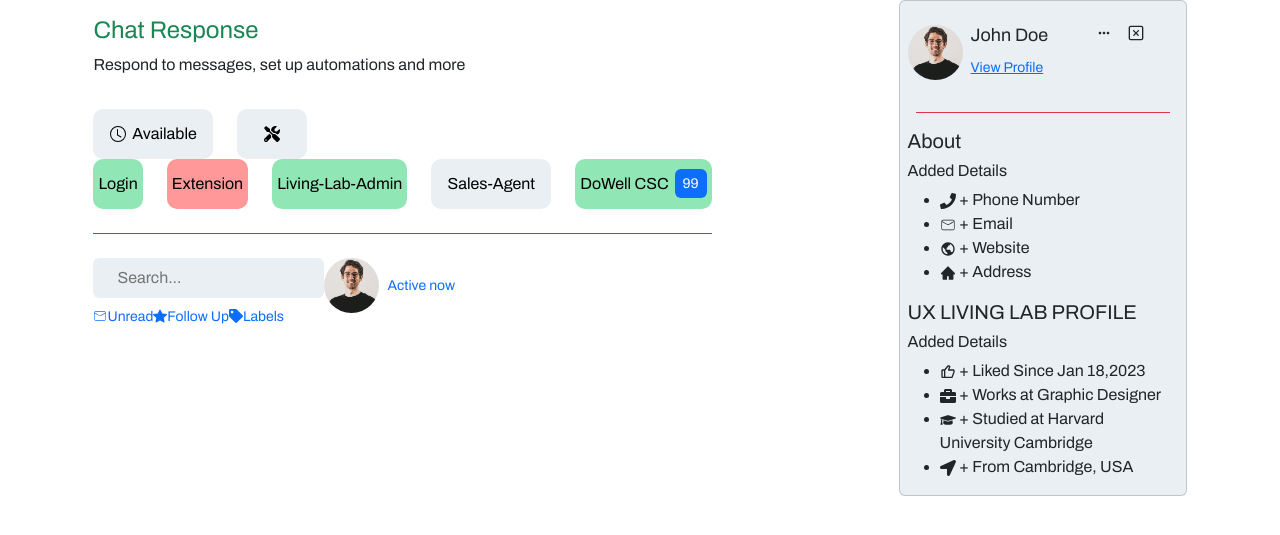
Repository: uh-sman/UX-Living-Lab-Chat
Page: /
An editor plug-in stored every save of this project. The page is shown before and after the next save, followed by the edit.
The browser window is 1280 px wide. The pictures show the whole page.
The project was rebuilt for these pictures with package versions that can differ from the ones it lists, and the page was loaded fresh each time.

Above is the page before, as saved 2023-05-10 16:52:21.

### public/index.html
<!DOCTYPE html>
<html lang="en">
  <head>
    <meta charset="utf-8" />
    <link rel="icon" href="%PUBLIC_URL%/favicon.ico" />
    <meta name="viewport" content="width=device-width, initial-scale=1" />
    <meta name="theme-color" content="#000000" />
    <meta
      name="description"
      content="Web site created using create-react-app"
    />
    <link rel="apple-touch-icon" href="%PUBLIC_URL%/logo192.png" />
    <!--
      manifest.json provides metadata used when your web app is installed on a
      user's mobile device or desktop. See https://developers.google.com/web/fundamentals/web-app-manifest/
    -->
    <link rel="manifest" href="%PUBLIC_URL%/manifest.json" />
    <!-- font awsome CDN -->

    <link
      rel="stylesheet"
      href="https://cdn.jsdelivr.net/npm/@fortawesome/fontawesome-free@6.2.1/css/fontawesome.min.css"
      integrity="sha384-QYIZto+st3yW+o8+5OHfT6S482Zsvz2WfOzpFSXMF9zqeLcFV0/wlZpMtyFcZALm"
      crossorigin="anonymous"
    />
    <!--
      Notice the use of %PUBLIC_URL% in the tags above.
      It will be replaced with the URL of the `public` folder during the build.
      Only files inside the `public` folder can be referenced from the HTML.

      Unlike "/favicon.ico" or "favicon.ico", "%PUBLIC_URL%/favicon.ico" will
      work correctly both with client-side routing and a non-root public URL.
      Learn how to configure a non-root public URL by running `npm run build`.
    -->
    <title>React App</title>
  </head>
  <body>
    <noscript>You need to enable JavaScript to run this app.</noscript>
    <div id="root"></div>
    <!--
      This HTML file is a template.
      If you open it directly in the browser, you will see an empty page.

      You can add webfonts, meta tags, or analytics to this file.
      The build step will place the bundled scripts into the <body> tag.

      To begin the development, run `npm start` or `yarn start`.
      To create a production bundle, use `npm run build` or `yarn build`.
    -->
  </body>
</html>

### src/index.css
* {
  text-decoration: none;
}

### src/App.js
import "./App.css";
import "bootstrap/dist/css/bootstrap.min.css";
import "bootstrap/dist/js/bootstrap.bundle.min";
import Container from "./container";
function App() {
  return (
    <div className="App">
      <Container />
    </div>
  );
}

export default App;

### src/App.css
@import url("https://fonts.googleapis.com/css2?family=Archivo&display=swap");
:root {
  --header-color: #0d7813;
  /* --button-color :#00000;
  --button-color :#90E7B5; */
  --bg-color: #e9eff3;
  /* #90E7B5 */

  --font: "Archivo", sans-serif;
}

* {
  text-decoration: none;
  /* list-style: none; */
  font-family: "Archivo", sans-serif;
}

.body {
  font-family: "Archivo", sans-serif;
}
.header {
  color: var(--header-color);
  font-family: "Archivo", sans-serif;
}
.button {
  display: flex;
  align-items: center;
  background: var(--bg-color);
  justify-content: center;
  height: 50px;
  width: 120px;
  gap: 6px;
  border: none;
  border-radius: 10px;
}
.button2 {
  display: flex;
  align-items: center;
  background: var(--bg-color);
  justify-content: center;
  height: 50px;
  width: 70px;
  gap: 6px;
  border: none;
  border-radius: 10px;
}
.button3 {
  display: flex;
  align-items: center;
  background: #90e7b5;
  justify-content: center;
  height: 50px;
  max-width: contain;
  padding: 0px 5px;
  gap: 6px;
  border: none;
  border-radius: 10px;
}
.button4 {
  display: flex;
  align-items: center;
  background: #ff9898;
  justify-content: center;
  height: 50px;
  max-width: contain;
  padding: 0px 5px;
  gap: 6px;
  border: none;
  border-radius: 10px;
}
.image-style {
  width: 55px;
  height: 55px;
  border-radius: 500px;
}
.cardBody {
  background-color: var(--bg-color);
}
.input {
  border: var(--bg-color);
  outline: none;
  background: var(--bg-color);
}

### src/container/index.js
import React from "react";
import ChatSection from "./ChatSection";
import DetailsSection from "./DetailsSection";
const Container = () => {
  return (
    <div className="">
      <div className="d-flex justify-content-around">
        <ChatSection />
        <DetailsSection />
      </div>
    </div>
  );
};

export default Container;

### src/container/ChatSection.js
import React from "react";
import ChatHeader from "./ChatItems/ChatHeader";
import ProfileHead from "./Chats/message/ProfileHead";
import SearchBar from "./Chats/SearchBar";

const ChatSection = () => {
  return (
    <div className="w-full">
      <ChatHeader />
      {/* chats come here */}
      <div className="d-flex my-2">
        <SearchBar />
        <ProfileHead />
      </div>
    </div>
  );
};

export default ChatSection;

### src/container/DetailsSection.jsx
import React from "react";
import user from "../assets/user.jpg";
import AboutDetails from "./Details/AboutDetails";
import DetailsSectionButton from "./DetailsSectionButton";
const DetailsSection = ({ title, about }) => {
  return (
    <div>
      <div
        className="card"
        style={{ width: "18rem", backgroundColor: "#e9eff3" }}
      >
        <div className="mx-2">
          <div className="d-flex gap-5 mt-4 ">
            <figure className="d-flex gap-2">
              <img src={user} className=" image-style" />
              <div className="">
                <h4 className="body fw-bold" style={{ fontSize: "18px" }}>
                  {title}
                </h4>
                <a href="" className="fw-bold" style={{ fontSize: "14px" }}>
                  View Profile
                </a>
              </div>
            </figure>
            <DetailsSectionButton />
          </div>
          <div className="border-bottom border-danger mx-2 my-3"></div>
          <div className=""></div>
          {/* DETAILS */}
          <AboutDetails />
        </div>
      </div>
    </div>
  );
};
DetailsSection.defaultProps = {
  title: "John Doe",
  about: "About",
};

export default DetailsSection;

### src/container/ChatItems/ChatHeader.jsx
import React from "react";
import Buttons from "./Buttons";
import HeaderButtons from "./HeaderButtons";

const ChatHeader = ({ title, caption }) => {
  return (
    <div>
      <div className=" d-flex justify-content-between my-3">
        <header>
          <h1 className="header fs-4 fw-bold text-success">{title}</h1>
          <p className="fw-medium  Header-font">{caption}</p>
        </header>
      </div>
      <HeaderButtons />
      <Buttons />
      <div className="border-bottom border-success my-4"></div>
    </div>
  );
};

export default ChatHeader;
ChatHeader.defaultProps = {
  title: "Chat Response",
  caption: "Respond to messages, set up automations and more",
};

### src/container/Chats/message/ProfileHead.jsx
import React from "react";
import { FaTrashAlt } from "react-icons/fa";
import user from "../../../assets/user.jpg";
const ProfileHead = () => {
  return (
    <div>
      <div className="d-flex">
        <figure className="d-flex gap-2 align-items-center">
          <img src={user} className=" image-style" />
          <div className="">
            {/* Status active now if true show active */}
            <small className="text-primary">Active now</small>
          </div>
        </figure>
      </div>
    </div>
  );
};

export default ProfileHead;

### src/container/Chats/SearchBar.jsx
import React from "react";
import { FaSearch } from "react-icons/fa";
import Icons from "./Icons";
// BsStarFill;
const SearchBar = () => {
  return (
    <div className="pr-4">
      <div className="overflow-y-scroll">
        <form>
          <input
            className="input rounded bi bi-search py-2 px-4"
            placeholder="Search..."
          />
          <i className="bi bi-search"></i>
        </form>
        <Icons />
      </div>
    </div>
  );
};

export default SearchBar;

### src/container/Details/AboutDetails.jsx
import React from "react";
import {
  FaPhone,
  FaBriefcase,
  FaGraduationCap,
  FaLocationArrow,
} from "react-icons/fa";
import { CiMail } from "react-icons/ci";
import { BiWorld, BiLike } from "react-icons/bi";
import { AiFillHome } from "react-icons/ai";
const AboutDetails = ({ title, ux }) => {
  const data = [
    {
      phone: "Phone Number",
      email: "Email",
      web: "Website",
    },
  ];
  return (
    <div>
      <div className="">
        <h5>{title}</h5>
        <main>
          <h6>Added Details</h6>
          <div className="">
            <ul>
              <li>
                <FaPhone /> + Phone Number
              </li>
              <li>
                <CiMail /> + Email
              </li>
              <li>
                <BiWorld /> + Website
              </li>
              <li>
                <AiFillHome /> + Address
              </li>
            </ul>
          </div>
        </main>
      </div>
      <div className="">
        <h5>{ux}</h5>
        <main>
          <h6>Added Details</h6>
          <div className="">
            <ul>
              <li>
                <BiLike /> + Liked Since Jan 18,2023
                {/* date from the api */}
              </li>
              <li>
                <FaBriefcase /> + Works at Graphic Designer
              </li>
              <li>
                <FaGraduationCap /> + Studied at Harvard University Cambridge
                {/* Place of work from the api */}
              </li>
              <li>
                <FaLocationArrow /> + From Cambridge, USA
              </li>
            </ul>
          </div>
        </main>
      </div>
    </div>
  );
};

export default AboutDetails;

AboutDetails.defaultProps = {
  title: "About",
  ux: "UX LIVING LAB PROFILE",
};

### src/container/DetailsSectionButton.jsx
import React from "react";
import { MdOutlineMoreHoriz } from "react-icons/md";
import { CgCloseR } from "react-icons/cg";
const DetailsSectionButton = () => {
  return (
    <div>
      <div className="d-flex gap-3">
        <MdOutlineMoreHoriz />
        <CgCloseR />
      </div>
    </div>
  );
};

export default DetailsSectionButton;

### src/container/ChatItems/Buttons.jsx
import React from "react";

const Buttons = () => {
  return (
    <div className="d-flex gap-4">
      <button type="button" className="button3">
        Login
      </button>
      <button type="button" className="button4">
        Extension
      </button>
      <button type="button" className="button3">
        Living-Lab-Admin
      </button>
      <button type="button" className="button">
        Sales-Agent
      </button>
      <button type="button" className="button3">
        DoWell CSC
        <small className="bg-primary text-white px-2 py-1 rounded">
          {"99"}
        </small>
      </button>
    </div>
  );
};

export default Buttons;

### src/container/ChatItems/HeaderButtons.jsx
import React from "react";
import { BsClock } from "react-icons/bs";
import { FaTools } from "react-icons/fa";
const HeaderButtons = () => {
  return (
    <div className="d-flex gap-4">
      <button type="button" className="button">
        <BsClock className="" />
        Available
      </button>
      <button type="button" className="button2">
        <FaTools />
      </button>
    </div>
  );
};

export default HeaderButtons;

### src/container/Chats/Icons.jsx
import React from "react";
import { CiMail } from "react-icons/ci";
import { BsStarFill } from "react-icons/bs";
import { FaTag } from "react-icons/fa";
const Icons = () => {
  return (
    <div>
      <div className="d-flex text-primary my-2">
        <small className="d-flex align-items-center">
          <CiMail /> Unread
        </small>
        <small className="d-flex align-items-center">
          <BsStarFill /> Follow Up
        </small>
        <small className="d-flex align-items-center">
          <FaTag />
          Labels
        </small>
      </div>
    </div>
  );
};

export default Icons;

Loaded but not shown: src/index.js (common file)

After the next save:
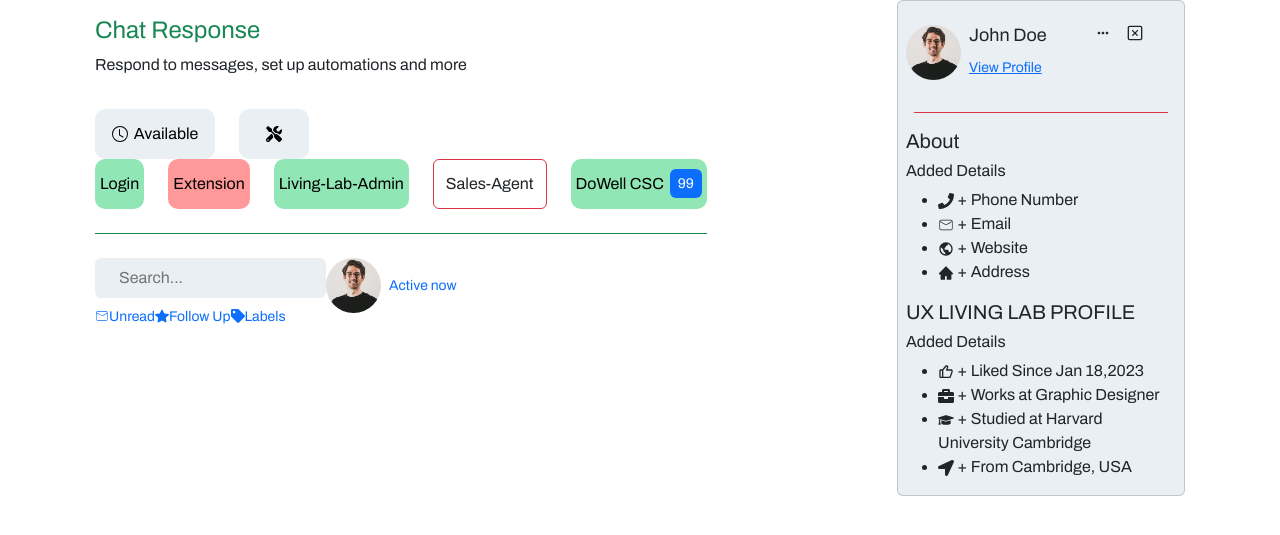
Saved 110 s later.
--- a/src/container/ChatItems/Buttons.jsx
+++ b/src/container/ChatItems/Buttons.jsx
@@ -12,7 +12,7 @@ const Buttons = () => {
       <button type="button" className="button3">
         Living-Lab-Admin
       </button>
-      <button type="button" className="button">
+      <button type="button" className="btn border-danger">
         Sales-Agent
       </button>
       <button type="button" className="button3">
